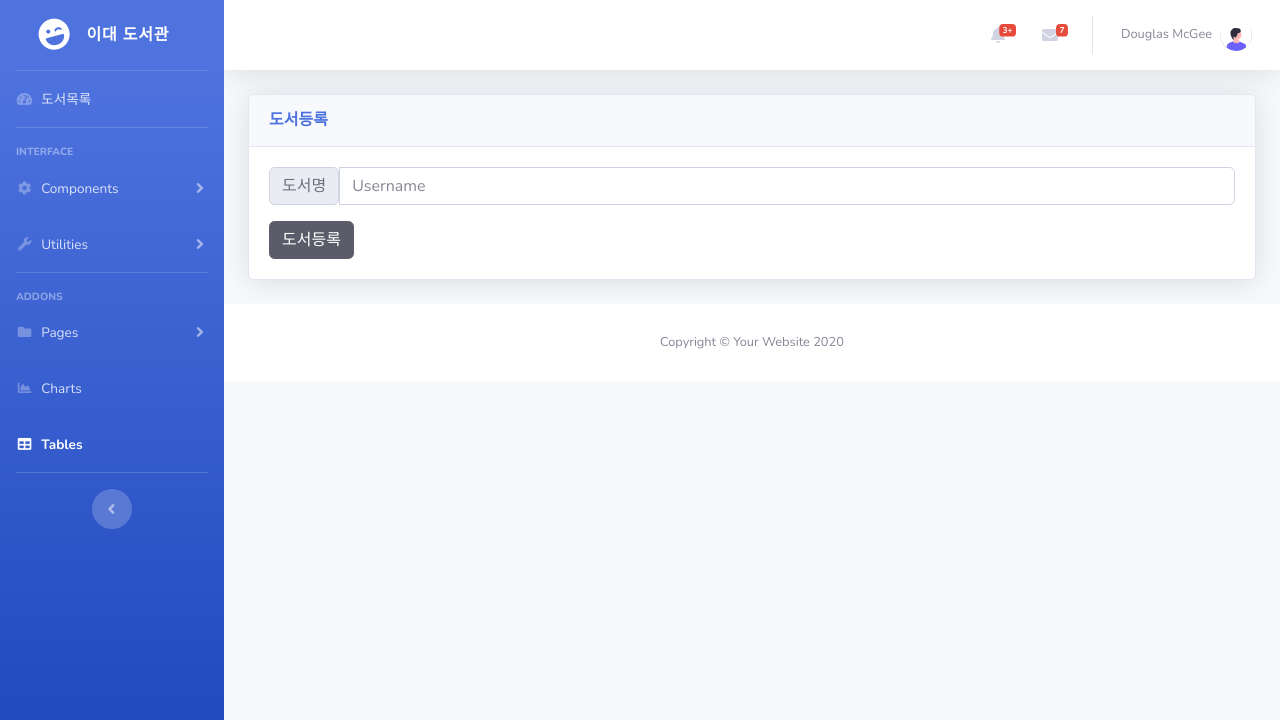
Repository: allely/spring
Page: http://localhost/jsp/book/reg.jsp
An editor plug-in stored every save of this project. The page is shown before and after the next save, followed by the edit.
The browser window is 1280 px wide. The pictures show the whole page.
The page is served by Tomcat 9. Other server files are loaded and not shown.

Above is the page before, as saved 2023-11-27 01:48:51.

### 2. 서블릿 & JSP/jsp/jsp/src/main/webapp/book/reg.jsp
<%@ page language="java" contentType="text/html; charset=UTF-8"
    pageEncoding="UTF-8"%>
<!DOCTYPE html>
<html>
<head>
<meta charset="UTF-8">
<title>Insert title here</title>
</head>
<body>
<script type="text/javascript">
	window.onload = function(){
		// regBtn 요소에 이벤트를 추가한다. (아이디로 접근하는 방법)
		regBtn.addEventListener('click', function(){
			// form요소의 이름으로 접근하여 폼을 전송한다.(새로운 페이지 요청)
			regForm.submit();
		});
	}
</script>
	<!-- 도서 등록 화면 -->
	<%@include file="/header.jsp" %>

	<!-- 메인컨텐츠 영역 시작-->
	<div class="container-fluid">
			<div class="card shadow mb-4">

				<div class="card-header py-3">
					<h6 class="m-0 font-weight-bold text-primary">도서등록</h6>
				</div>

				<div class="card-body">
				<!-- 폼등록 -->
				<form action="/book/bookRegProcess" name="regForm" method="post">
					<div class="input-group mb-3">
						<span class="input-group-text" id="basic-addon1">도서명</span>
						<input type="text" class="form-control" placeholder="Username" name="title" aria-label="Username" aria-describedby="basic-addon1">
					</div>

					<button type="button" class="btn btn-dark" id="regBtn">도서등록</button>
				</form>
				</div>

			</div>
	</div>
	<%@include file="/footer.jsp" %>
</body>
</html>

### 2. 서블릿 & JSP/jsp/jsp/src/main/webapp/header.jsp
<%@ page language="java" contentType="text/html; charset=UTF-8"
	pageEncoding="UTF-8"%>
<!DOCTYPE html>
<html>
<head>

<meta charset="utf-8">
<meta http-equiv="X-UA-Compatible" content="IE=edge">
<meta name="viewport"
	content="width=device-width, initial-scale=1, shrink-to-fit=no">
<meta name="description" content="">
<meta name="author" content="">

<title>SB Admin 2 - Tables</title>

<!-- Custom fonts for this template -->
<link href="../vendor/fontawesome-free/css/all.min.css" rel="stylesheet"
	type="text/css">
<link
	href="https://fonts.googleapis.com/css?family=Nunito:200,200i,300,300i,400,400i,600,600i,700,700i,800,800i,900,900i"
	rel="stylesheet">

<!-- Custom styles for this template -->
<link href="/css/sb-admin-2.min.css" rel="stylesheet">

<!-- Custom styles for this page -->
<link href="/vendor/datatables/dataTables.bootstrap4.min.css"
	rel="stylesheet">

</head>

<body id="page-top">

	<!-- Page Wrapper -->
	<div id="wrapper">

		<!-- Sidebar -->
		<ul
			class="navbar-nav bg-gradient-primary sidebar sidebar-dark accordion"
			id="accordionSidebar">

			<!-- Sidebar - Brand -->
			<a
				class="sidebar-brand d-flex align-items-center justify-content-center"
				href="index.html">
				<div class="sidebar-brand-icon rotate-n-15">
					<i class="fas fa-laugh-wink"></i>
				</div>
				<div class="sidebar-brand-text mx-3">
					이대 도서관</sup>
				</div>
			</a>

			<!-- Divider -->
			<hr class="sidebar-divider my-0">

			<!-- Nav Item - Dashboard -->
			<li class="nav-item"><a class="nav-link" href="index.html">
					<i class="fas fa-fw fa-tachometer-alt"></i> <span>도서목록</span>
			</a></li>

			<!-- Divider -->
			<hr class="sidebar-divider">

			<!-- Heading -->
			<div class="sidebar-heading">Interface</div>

			<!-- Nav Item - Pages Collapse Menu -->
			<li class="nav-item"><a class="nav-link collapsed" href="#"
				data-toggle="collapse" data-target="#collapseTwo"
				aria-expanded="true" aria-controls="collapseTwo"> <i
					class="fas fa-fw fa-cog"></i> <span>Components</span>
			</a>
				<div id="collapseTwo" class="collapse" aria-labelledby="headingTwo"
					data-parent="#accordionSidebar">
					<div class="bg-white py-2 collapse-inner rounded">
						<h6 class="collapse-header">Custom Components:</h6>
						<a class="collapse-item" href="buttons.html">Buttons</a> <a
							class="collapse-item" href="cards.html">Cards</a>
					</div>
				</div></li>

			<!-- Nav Item - Utilities Collapse Menu -->
			<li class="nav-item"><a class="nav-link collapsed" href="#"
				data-toggle="collapse" data-target="#collapseUtilities"
				aria-expanded="true" aria-controls="collapseUtilities"> <i
					class="fas fa-fw fa-wrench"></i> <span>Utilities</span>
			</a>
				<div id="collapseUtilities" class="collapse"
					aria-labelledby="headingUtilities" data-parent="#accordionSidebar">
					<div class="bg-white py-2 collapse-inner rounded">
						<h6 class="collapse-header">Custom Utilities:</h6>
						<a class="collapse-item" href="utilities-color.html">Colors</a> <a
							class="collapse-item" href="utilities-border.html">Borders</a> <a
							class="collapse-item" href="utilities-animation.html">Animations</a>
						<a class="collapse-item" href="utilities-other.html">Other</a>
					</div>
				</div></li>

			<!-- Divider -->
			<hr class="sidebar-divider">

			<!-- Heading -->
			<div class="sidebar-heading">Addons</div>

			<!-- Nav Item - Pages Collapse Menu -->
			<li class="nav-item"><a class="nav-link collapsed" href="#"
				data-toggle="collapse" data-target="#collapsePages"
				aria-expanded="true" aria-controls="collapsePages"> <i
					class="fas fa-fw fa-folder"></i> <span>Pages</span>
			</a>
				<div id="collapsePages" class="collapse"
					aria-labelledby="headingPages" data-parent="#accordionSidebar">
					<div class="bg-white py-2 collapse-inner rounded">
						<h6 class="collapse-header">Login Screens:</h6>
						<a class="collapse-item" href="login.html">Login</a> <a
							class="collapse-item" href="register.html">Register</a> <a
							class="collapse-item" href="forgot-password.html">Forgot
							Password</a>
						<div class="collapse-divider"></div>
						<h6 class="collapse-header">Other Pages:</h6>
						<a class="collapse-item" href="404.html">404 Page</a> <a
							class="collapse-item" href="blank.html">Blank Page</a>
					</div>
				</div></li>

			<!-- Nav Item - Charts -->
			<li class="nav-item"><a class="nav-link" href="charts.html">
					<i class="fas fa-fw fa-chart-area"></i> <span>Charts</span>
			</a></li>

			<!-- Nav Item - Tables -->
			<li class="nav-item active"><a class="nav-link"
				href="tables.html"> <i class="fas fa-fw fa-table"></i> <span>Tables</span></a>
			</li>

			<!-- Divider -->
			<hr class="sidebar-divider d-none d-md-block">

			<!-- Sidebar Toggler (Sidebar) -->
			<div class="text-center d-none d-md-inline">
				<button class="rounded-circle border-0" id="sidebarToggle"></button>
			</div>

		</ul>
		<!-- End of Sidebar -->

		<!-- Content Wrapper -->
		<div id="content-wrapper" class="d-flex flex-column">

			<!-- Main Content -->
			<div id="content">

				<!-- Topbar -->
				<nav
					class="navbar navbar-expand navbar-light bg-white topbar mb-4 static-top shadow">

					<!-- Sidebar Toggle (Topbar) -->
					<form class="form-inline">
						<button id="sidebarToggleTop"
							class="btn btn-link d-md-none rounded-circle mr-3">
							<i class="fa fa-bars"></i>
						</button>
					</form>




					<!-- Topbar Navbar -->
					<ul class="navbar-nav ml-auto">

						<!-- Nav Item - Search Dropdown (Visible Only XS) -->
						<li class="nav-item dropdown no-arrow d-sm-none"><a
							class="nav-link dropdown-toggle" href="#" id="searchDropdown"
							role="button" data-toggle="dropdown" aria-haspopup="true"
							aria-expanded="false"> <i class="fas fa-search fa-fw"></i>
						</a> <!-- Dropdown - Messages -->
							<div
								class="dropdown-menu dropdown-menu-right p-3 shadow animated--grow-in"
								aria-labelledby="searchDropdown">
								<form class="form-inline mr-auto w-100 navbar-search">
									<div class="input-group">
										<input type="text"
											class="form-control bg-light border-0 small"
											placeholder="Search for..." aria-label="Search"
											aria-describedby="basic-addon2">
										<div class="input-group-append">
											<button class="btn btn-primary" type="button">
												<i class="fas fa-search fa-sm"></i>
											</button>
										</div>
									</div>
								</form>
							</div></li>


						<!-- Nav Item - Alerts -->
						<li class="nav-item dropdown no-arrow mx-1"><a
							class="nav-link dropdown-toggle" href="#" id="alertsDropdown"
							role="button" data-toggle="dropdown" aria-haspopup="true"
							aria-expanded="false"> <i class="fas fa-bell fa-fw"></i> <!-- Counter - Alerts -->
								<span class="badge badge-danger badge-counter">3+</span>
						</a> <!-- Dropdown - Alerts -->
							<div
								class="dropdown-list dropdown-menu dropdown-menu-right shadow animated--grow-in"
								aria-labelledby="alertsDropdown">
								<h6 class="dropdown-header">Alerts Center</h6>
								<a class="dropdown-item d-flex align-items-center" href="#">
									<div class="mr-3">
										<div class="icon-circle bg-primary">
											<i class="fas fa-file-alt text-white"></i>
										</div>
									</div>
									<div>
										<div class="small text-gray-500">December 12, 2019</div>
										<span class="font-weight-bold">A new monthly report is
											ready to download!</span>
									</div>
								</a> <a class="dropdown-item d-flex align-items-center" href="#">
									<div class="mr-3">
										<div class="icon-circle bg-success">
											<i class="fas fa-donate text-white"></i>
										</div>
									</div>
									<div>
										<div class="small text-gray-500">December 7, 2019</div>
										$290.29 has been deposited into your account!
									</div>
								</a> <a class="dropdown-item d-flex align-items-center" href="#">
									<div class="mr-3">
										<div class="icon-circle bg-warning">
											<i class="fas fa-exclamation-triangle text-white"></i>
										</div>
									</div>
									<div>
										<div class="small text-gray-500">December 2, 2019</div>
										Spending Alert: We've noticed unusually high spending for your
										account.
									</div>
								</a> <a class="dropdown-item text-center small text-gray-500"
									href="#">Show All Alerts</a>
							</div></li>

						<!-- Nav Item - Messages -->
						<li class="nav-item dropdown no-arrow mx-1"><a
							class="nav-link dropdown-toggle" href="#" id="messagesDropdown"
							role="button" data-toggle="dropdown" aria-haspopup="true"
							aria-expanded="false"> <i class="fas fa-envelope fa-fw"></i>
								<!-- Counter - Messages --> <span
								class="badge badge-danger badge-counter">7</span>
						</a> <!-- Dropdown - Messages -->
							<div
								class="dropdown-list dropdown-menu dropdown-menu-right shadow animated--grow-in"
								aria-labelledby="messagesDropdown">
								<h6 class="dropdown-header">Message Center</h6>
								<a class="dropdown-item d-flex align-items-center" href="#">
									<div class="dropdown-list-image mr-3">
										<img class="rounded-circle" src="img/undraw_profile_1.svg"
											alt="...">
										<div class="status-indicator bg-success"></div>
									</div>
									<div class="font-weight-bold">
										<div class="text-truncate">Hi there! I am wondering if
											you can help me with a problem I've been having.</div>
										<div class="small text-gray-500">Emily Fowler · 58m</div>
									</div>
								</a> <a class="dropdown-item d-flex align-items-center" href="#">
									<div class="dropdown-list-image mr-3">
										<img class="rounded-circle" src="img/undraw_profile_2.svg"
											alt="...">
										<div class="status-indicator"></div>
									</div>
									<div>
										<div class="text-truncate">I have the photos that you
											ordered last month, how would you like them sent to you?</div>
										<div class="small text-gray-500">Jae Chun · 1d</div>
									</div>
								</a> <a class="dropdown-item d-flex align-items-center" href="#">
									<div class="dropdown-list-image mr-3">
										<img class="rounded-circle" src="img/undraw_profile_3.svg"
											alt="...">
										<div class="status-indicator bg-warning"></div>
									</div>
									<div>
										<div class="text-truncate">Last month's report looks
											great, I am very happy with the progress so far, keep up the
											good work!</div>
										<div class="small text-gray-500">Morgan Alvarez · 2d</div>
									</div>
								</a> <a class="dropdown-item d-flex align-items-center" href="#">
									<div class="dropdown-list-image mr-3">
										<img class="rounded-circle"
											src="https://source.unsplash.com/Mv9hjnEUHR4/60x60" alt="...">
										<div class="status-indicator bg-success"></div>
									</div>
									<div>
										<div class="text-truncate">Am I a good boy? The reason I
											ask is because someone told me that people say this to all
											dogs, even if they aren't good...</div>
										<div class="small text-gray-500">Chicken the Dog · 2w</div>
									</div>
								</a> <a class="dropdown-item text-center small text-gray-500"
									href="#">Read More Messages</a>
							</div></li>

						<div class="topbar-divider d-none d-sm-block"></div>

						<!-- Nav Item - User Information -->
						<li class="nav-item dropdown no-arrow"><a
							class="nav-link dropdown-toggle" href="#" id="userDropdown"
							role="button" data-toggle="dropdown" aria-haspopup="true"
							aria-expanded="false"> <span
								class="mr-2 d-none d-lg-inline text-gray-600 small">Douglas
									McGee</span> <img class="img-profile rounded-circle"
								src="img/undraw_profile.svg">
						</a> <!-- Dropdown - User Information -->
							<div
								class="dropdown-menu dropdown-menu-right shadow animated--grow-in"
								aria-labelledby="userDropdown">
								<a class="dropdown-item" href="#"> <i
									class="fas fa-user fa-sm fa-fw mr-2 text-gray-400"></i> Profile
								</a> <a class="dropdown-item" href="#"> <i
									class="fas fa-cogs fa-sm fa-fw mr-2 text-gray-400"></i>
									Settings
								</a> <a class="dropdown-item" href="#"> <i
									class="fas fa-list fa-sm fa-fw mr-2 text-gray-400"></i>
									Activity Log
								</a>
								<div class="dropdown-divider"></div>
								<a class="dropdown-item" href="#" data-toggle="modal"
									data-target="#logoutModal"> <i
									class="fas fa-sign-out-alt fa-sm fa-fw mr-2 text-gray-400"></i>
									Logout
								</a>
							</div></li>

					</ul>

				</nav>
				<!-- End of Topbar -->
</body>
</html>

### 2. 서블릿 & JSP/jsp/jsp/src/main/webapp/footer.jsp
<%@ page language="java" contentType="text/html; charset=UTF-8"
    pageEncoding="UTF-8"%>
<!DOCTYPE html>
<html>
<head>
<meta charset="UTF-8">
<title>Insert title here</title>
</head>
<body>
<div>
<div>

 <!-- Footer -->
            <footer class="sticky-footer bg-white">
                <div class="container my-auto">
                    <div class="copyright text-center my-auto">
                        <span>Copyright &copy; Your Website 2020</span>
                    </div>
                </div>
            </footer>
            <!-- End of Footer -->

        </div>
        <!-- End of Content Wrapper -->

    </div>
    <!-- End of Page Wrapper -->

    <!-- Scroll to Top Button-->
    <a class="scroll-to-top rounded" href="#page-top">
        <i class="fas fa-angle-up"></i>
    </a>

    <!-- Logout Modal-->
    <div class="modal fade" id="logoutModal" tabindex="-1" role="dialog" aria-labelledby="exampleModalLabel"
        aria-hidden="true">
        <div class="modal-dialog" role="document">
            <div class="modal-content">
                <div class="modal-header">
                    <h5 class="modal-title" id="exampleModalLabel">Ready to Leave?</h5>
                    <button class="close" type="button" data-dismiss="modal" aria-label="Close">
                        <span aria-hidden="true">×</span>
                    </button>
                </div>
                <div class="modal-body">Select "Logout" below if you are ready to end your current session.</div>
                <div class="modal-footer">
                    <button class="btn btn-secondary" type="button" data-dismiss="modal">Cancel</button>
                    <a class="btn btn-primary" href="login.html">Logout</a>
                </div>
            </div>
        </div>
    </div>

    <!-- Bootstrap core JavaScript-->
    <script src="/vendor/jquery/jquery.min.js"></script>
    <script src="/vendor/bootstrap/js/bootstrap.bundle.min.js"></script>

    <!-- Core plugin JavaScript-->
    <script src="/vendor/jquery-easing/jquery.easing.min.js"></script>

    <!-- Custom scripts for all pages-->
    <script src="js/sb-admin-2.min.js"></script>

    <!-- Page level plugins -->
    <script src="/vendor/datatables/jquery.dataTables.min.js"></script>
    <script src="/vendor/datatables/dataTables.bootstrap4.min.js"></script>

    <!-- Page level custom scripts -->
    <script src="js/demo/datatables-demo.js"></script>

</body>
</html>

### 2. 서블릿 & JSP/jsp/jsp/src/main/webapp/img/undraw_profile.svg
<svg xmlns="http://www.w3.org/2000/svg" width="532" height="532" viewBox="0 0 532 532" xmlns:xlink="http://www.w3.org/1999/xlink"><circle cx="270.75986" cy="260.93427" r="86.34897" fill="#ffb6b6"/><polygon points="221.18982 360.05209 217.28876 320.6185 295.18982 306.05209 341.18982 418.05209 261.18982 510.05209 204.18982 398.05209 221.18982 360.05209" fill="#ffb6b6"/><path d="m216.0374,340.35736l17.03111,3.84802s-13.38821-42.45453-8.84396-46.50766c4.54427-4.05316,15.68007,2.33328,15.68007,2.33328l11.70201,13.1199,14.25394-14.51239s15.47495-19.2421,21.53397-24.6463-3.67319-25.46364-3.67319-25.46364c0,0,89.89185-24.23923,56.44299-67.83968,0,0-19.61093-34.18452-25.99734-23.04871-6.38641,11.1358-14.00162-6.55013-14.00162-6.55013l-23.25381,4.42198s-45.89429-27.06042-89.45331,30.82959c-43.55902,57.89003,28.57916,154.01572,28.57916,154.01572h-.00002Z" fill="#2f2e41"/><path d="m433.16003,472.95001c-47.19,38.26001-105.57001,59.04999-167.16003,59.04999-56.23999,0-109.81-17.33997-154.62-49.47998.08002-.84003.16003-1.66998.23004-2.5,1.19-13,2.25-25.64001,2.94995-36.12,2.71002-40.69,97.64001-67.81,97.64001-67.81,0,0,.42999.42999,1.29004,1.17999,5.23999,4.59998,26.50995,21.27997,63.81,25.94,33.25995,4.15997,44.20996-15.57001,47.51996-25.02002,1-2.88,1.30005-4.81,1.30005-4.81l97.63995,46.10999c6.37,9.10004,8.86005,28.70001,9.35004,50.73004.01996.90997.03998,1.81.04999,2.72998Z" fill="#6c63ff"/><path d="m454.09003,77.91003C403.85004,27.66998,337.05005,0,266,0S128.15002,27.66998,77.91003,77.91003C27.67004,128.15002,0,194.95001,0,266c0,64.85004,23.05005,126.16003,65.29004,174.57001,4.02997,4.63,8.23999,9.14001,12.62,13.52002,1.02997,1.02997,2.07001,2.06,3.12,3.06,2.79999,2.70996,5.65002,5.35999,8.54999,7.92999,1.76001,1.57001,3.54004,3.10999,5.34003,4.62,1.40997,1.19,2.82001,2.35999,4.25,3.51001.02997.02997.04999.04999.07996.07001,3.97003,3.19995,8.01001,6.27997,12.13,9.23999,44.81,32.14001,98.37999,49.47998,154.61998,49.47998,61.59003,0,119.97003-20.78998,167.16003-59.04999,3.84998-3.12,7.62-6.35999,11.32001-9.71002,3.26996-2.95996,6.46997-6.01001,9.60999-9.14996.98999-.98999,1.97998-1.98999,2.95001-3,2.70001-2.78003,5.32001-5.61005,7.88-8.48004,43.37-48.71997,67.07996-110.83997,67.07996-176.60999,0-71.04999-27.66998-137.84998-77.90997-188.08997Zm10.17999,362.20997c-2.5,2.84003-5.06,5.64001-7.67999,8.37-4.08002,4.25-8.28998,8.37-12.64001,12.34003-1.64996,1.52002-3.32001,3-5.01001,4.46997-1.91998,1.67004-3.85999,3.31-5.82996,4.92004-15.53003,12.75-32.54004,23.75-50.73004,32.70996-7.19,3.54999-14.56,6.78003-22.09998,9.67004-29.28998,11.23999-61.08002,17.39996-94.28003,17.39996-32.03998,0-62.75995-5.73999-91.19-16.23999-11.66998-4.29999-22.94995-9.40997-33.77997-15.26001-1.59003-.85999-3.16998-1.72998-4.73999-2.62-8.26001-4.67999-16.25-9.78998-23.91998-15.31-.25-.17999-.51001-.37-.76001-.54999-5.46002-3.94-10.77002-8.09003-15.90002-12.45001-1.88-1.59003-3.73999-3.20001-5.57001-4.84998-2.97998-2.65002-5.89996-5.38-8.75-8.18005-5.39996-5.28998-10.56-10.79999-15.48999-16.52997C26.09003,391.77002,2,331.65002,2,266,2,120.42999,120.43005,2,266,2s264,118.42999,264,264c0,66.66003-24.82996,127.62-65.72998,174.12Z" fill="#3f3d56"/></svg>

Loaded but not shown: 2. 서블릿 & JSP/jsp/jsp/src/main/webapp/css/sb-admin-2.min.css (library); 2. 서블릿 & JSP/jsp/jsp/src/main/webapp/js/sb-admin-2.min.js (common file); 2. 서블릿 & JSP/jsp/jsp/src/main/webapp/js/demo/datatables-demo.js (common file)

After the next save:
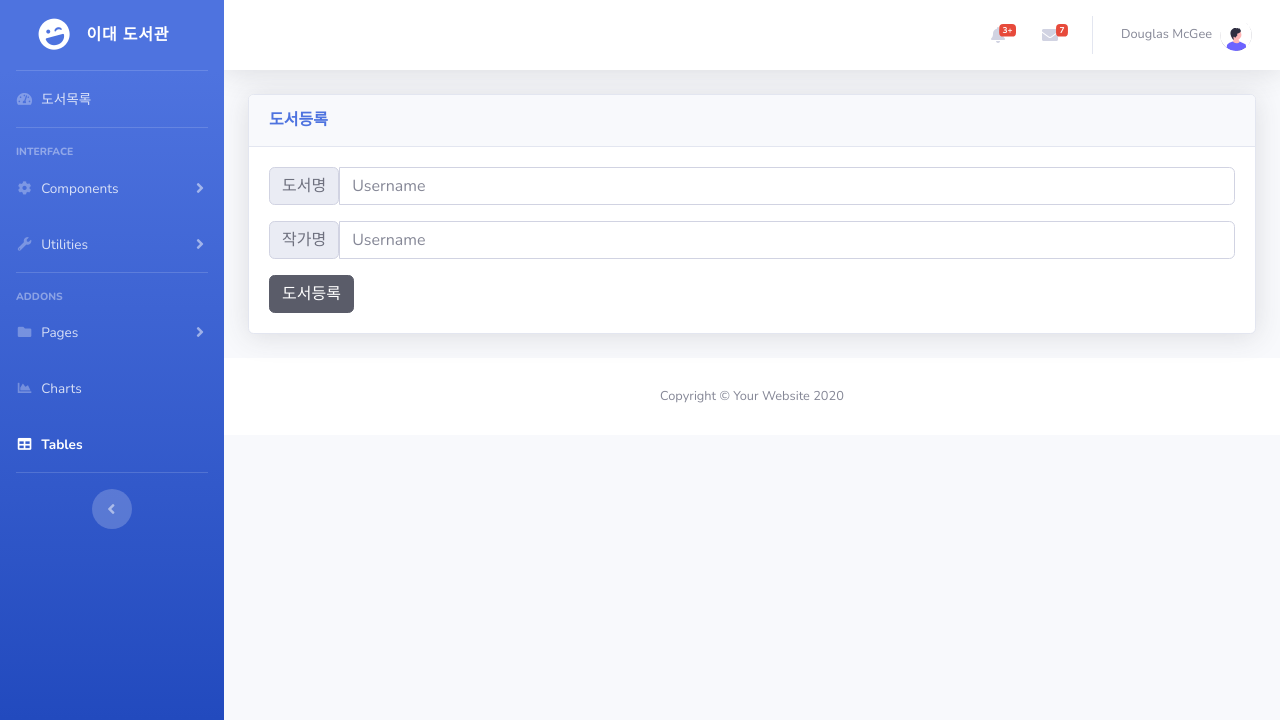
Saved 19 s later.
--- a/2. 서블릿 & JSP/jsp/jsp/src/main/webapp/book/reg.jsp
+++ b/2. 서블릿 & JSP/jsp/jsp/src/main/webapp/book/reg.jsp
@@ -34,6 +34,10 @@
 						<span class="input-group-text" id="basic-addon1">도서명</span>
 						<input type="text" class="form-control" placeholder="Username" name="title" aria-label="Username" aria-describedby="basic-addon1">
 					</div>
+					<div class="input-group mb-3">
+						<span class="input-group-text" id="basic-addon1">작가명</span>
+						<input type="text" class="form-control" placeholder="Username" name="author" aria-label="Username" aria-describedby="basic-addon1">
+					</div>
 
 					<button type="button" class="btn btn-dark" id="regBtn">도서등록</button>
 				</form>
